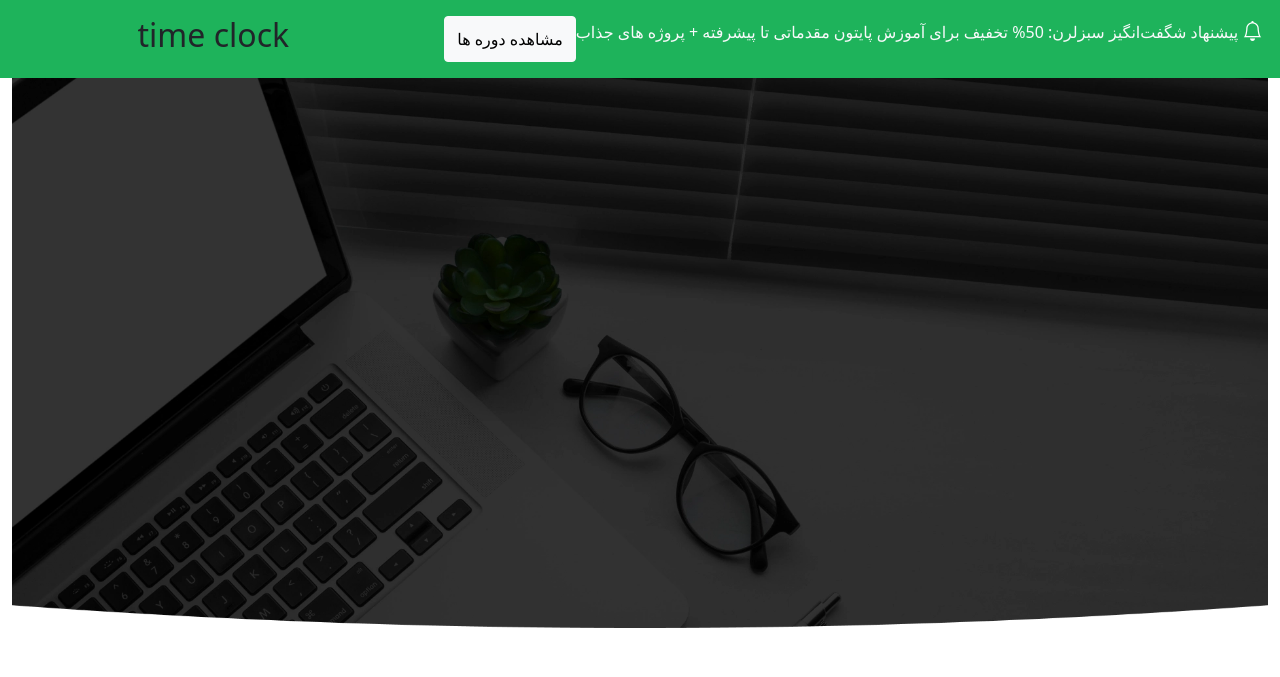
Repository: mobina-mirzaei/final-project-mirzaei
Page: index.html
An editor plug-in stored every save of this project. The page is shown before and after the next save, followed by the edit.
The browser window is 1280 px wide. The pictures show the whole page.
The style sheet was rebuilt from its Sass, Less or Tailwind sources for each picture, by a compiler version that may differ from the author's.

Above is the page before, as saved 2025-06-05 21:35:16.

### index.html
<!DOCTYPE html>
<html lang="fa" dir="rtl">
  <head>
    <meta charset="UTF-8" />
    <meta name="viewport" content="width=device-width, initial-scale=1.0" />
    <link
      rel="stylesheet"
      href="./assets/bootstrap-5.1.3-dist/bootstrap-5.1.3-dist/css/bootstrap.rtl.min.css"
    />
    <script
      src="./assets/bootstrap-5.1.3-dist/bootstrap-5.1.3-dist/js/bootstrap.bundle.min.js"
      defer
    ></script>
    <link rel="stylesheet" href="./assets/css/main.css" />
    <link rel="stylesheet" href="https://cdn.jsdelivr.net/npm/bootstrap-icons@1.10.5/font/bootstrap-icons.css"/>
    <title>SabzLearn</title>
  </head>
  <body>
    <div class="container-fluid">
      <div class="row d-flex justify-content-between aling-items-center pre-nav py-3">
        <div class="col-lg-8 d-flex justify-content-center aling-items-center">
            <span class="text-light">
                <i class="bi bi-bell" style="color: white; font-size: 20px;"></i>
                پیشنهاد شگفت‌انگیز سبزلرن: 50% تخفیف برای آموزش پایتون مقدماتی تا
                پیشرفته + پروژه های جذاب
            </span>
            <button type="button" class="btn btn-light">مشاهده دوره ها</button>
        </div>
        <div class="col-lg-4 d-flex justify-content-center aling-items-center">
            <h2>time clock</h2>
        </div>
      </div>
      <div class="row">
        <div class="col-lg-12">
            <img src="./assets/images/hero-section.webp" alt="" class="cover img-fluid g-0">
        </div>
      </div>
    </div>
  </body>
</html>

### assets/scss/main.scss
.pre-nav{
    background-color:rgb(30 179 91);
}

Loaded but not shown: assets/bootstrap-5.1.3-dist/bootstrap-5.1.3-dist/css/bootstrap.rtl.min.css (library); assets/bootstrap-5.1.3-dist/bootstrap-5.1.3-dist/js/bootstrap.bundle.min.js (library)

After the next save:
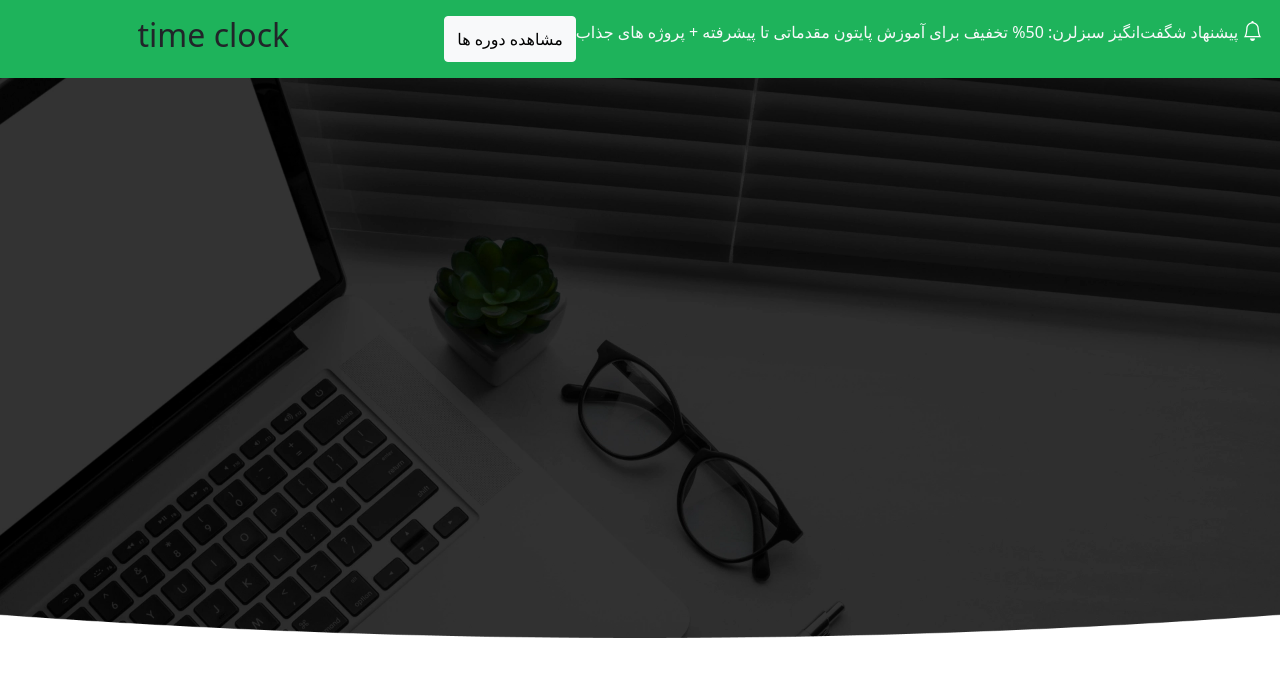
Saved 21 s later.
--- a/index.html
+++ b/index.html
@@ -31,8 +31,8 @@
         </div>
       </div>
       <div class="row">
-        <div class="col-lg-12">
-            <img src="./assets/images/hero-section.webp" alt="" class="cover img-fluid g-0">
+        <div class="col-lg-12 g-0">
+            <img src="./assets/images/hero-section.webp" alt="" class="cover img-fluid ">
         </div>
       </div>
     </div>
